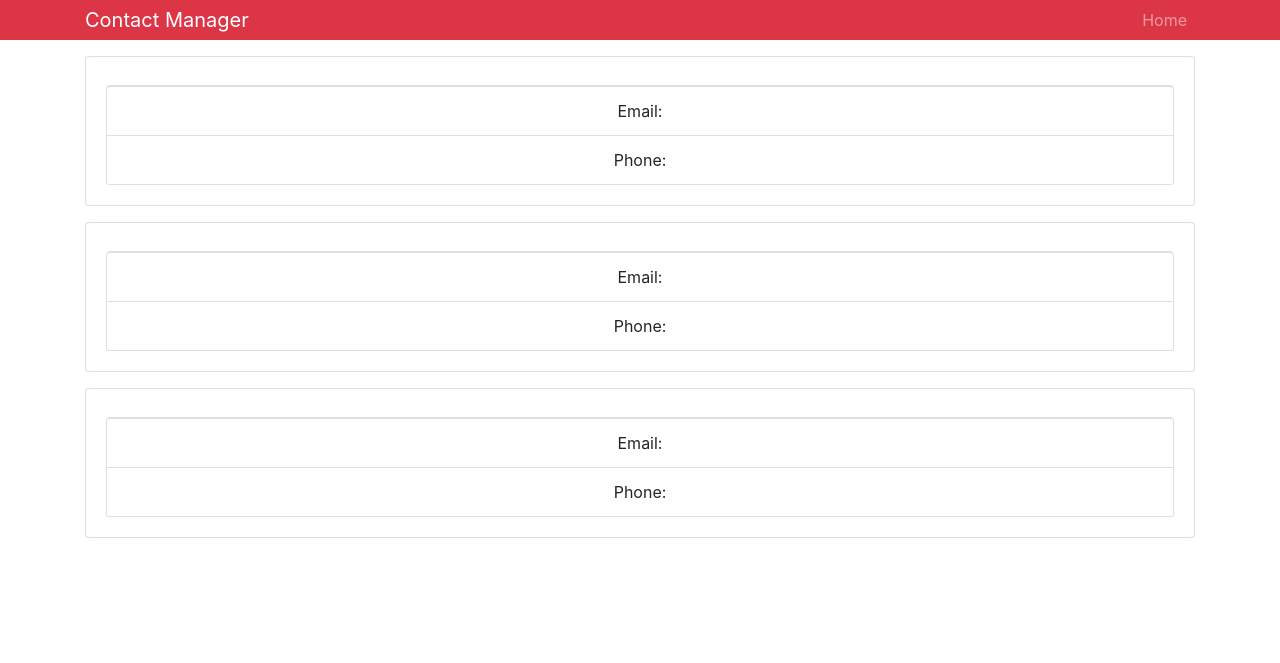
Repository: IkennaU/contactmanager
Page: /
These files come from the project's save history. The page is drawn as it stood at one moment and after the next save; the edit follows.
The browser window is 1280 px wide. The pictures show the whole page.
The project was rebuilt for these pictures with package versions that can differ from the ones it lists, and the page was loaded fresh each time.

Above is the page before, as saved 2020-07-20 15:39:08.

After the next save:
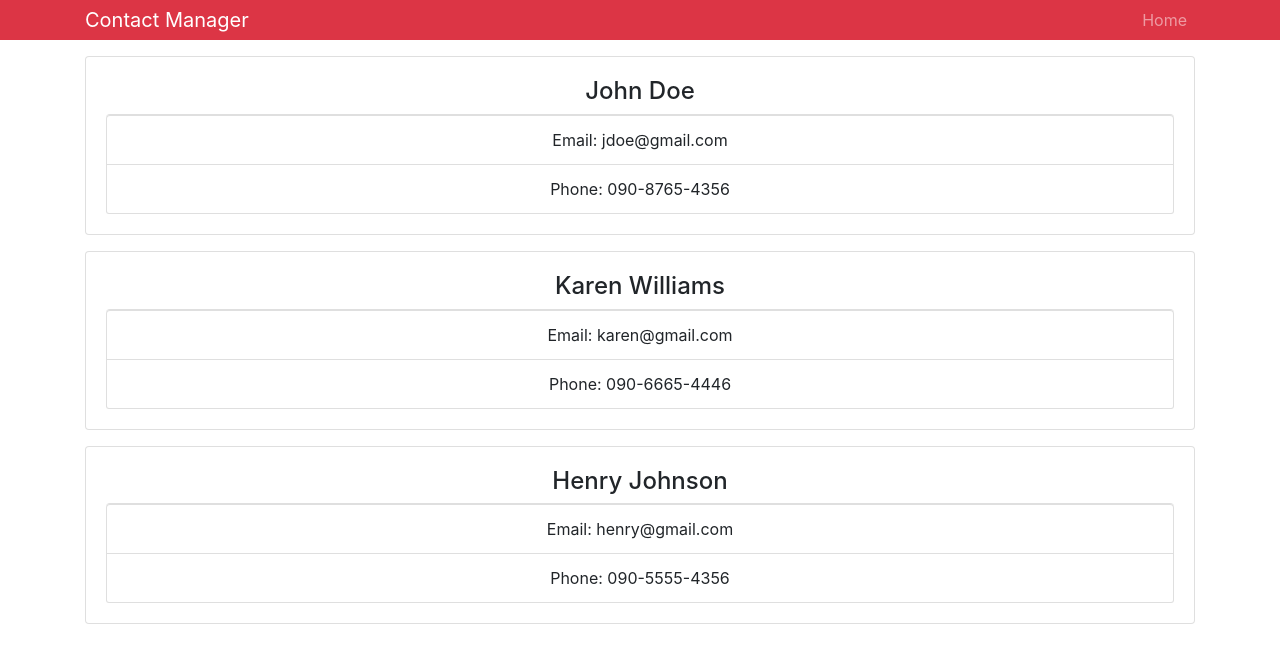
Saved 3 min 51 s later.
--- a/src/components/Contacts.js
+++ b/src/components/Contacts.js
@@ -36,7 +36,11 @@ class Contacts extends Component {
     return (
       <div>
         {contacts.map((contact) => (
-          <Contact />
+          <Contact
+            name={contact.name}
+            email={contact.email}
+            phone={contact.phone}
+          />
         ))}{" "}
       </div>
     );
